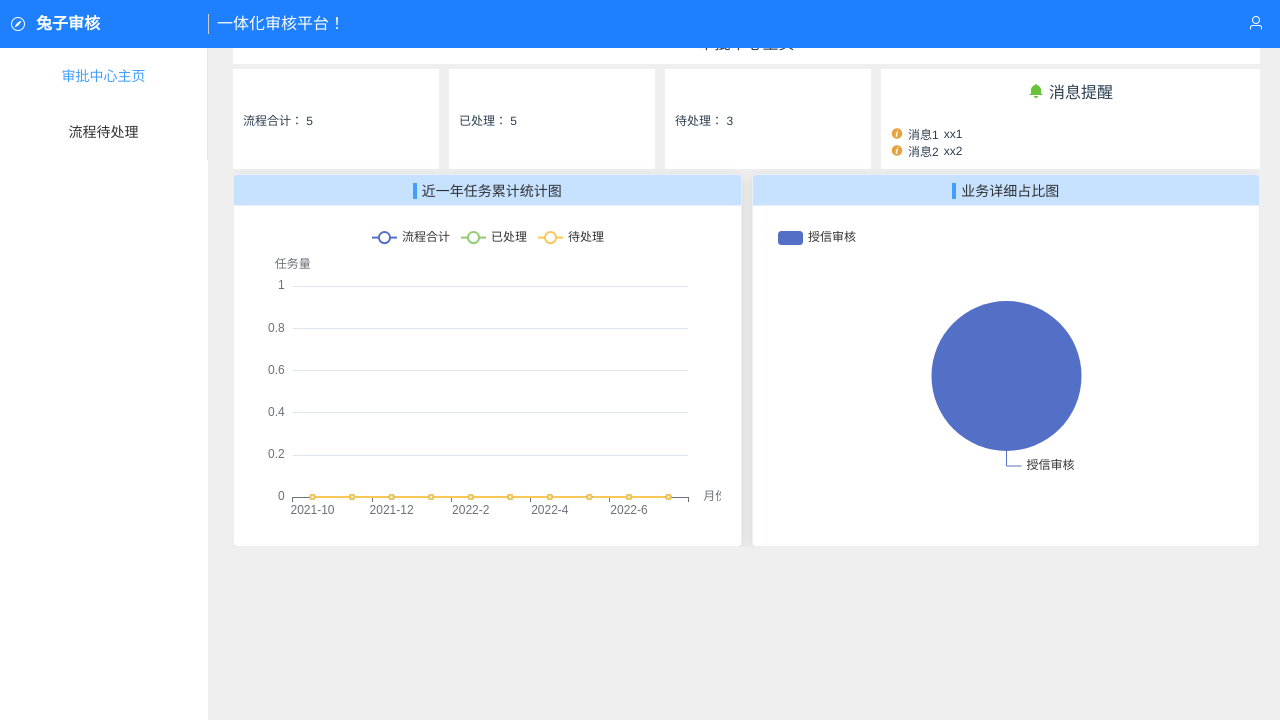
Repository: lucky-LoL735/lois
Page: / (app in project-audit/)
These files come from the project's save history. The page is drawn as it stood at one moment and after the next save; the edit follows.
The browser window is 1280 px wide. The pictures show the whole page.
The project was rebuilt for these pictures with package versions that can differ from the ones it lists, and the page was loaded fresh each time. Also part of the build but not shown: project-audit/vue.config.js, project-audit/src/views/ToDo.vue, project-audit/src/views/LogDetail.vue, project-audit/src/views/FlowView.vue, project-audit/src/views/HandleTask.vue, project-audit/src/views/SeeLog.vue.

Above is the page before, as saved 2022-11-17 17:11:13.

After the next save:
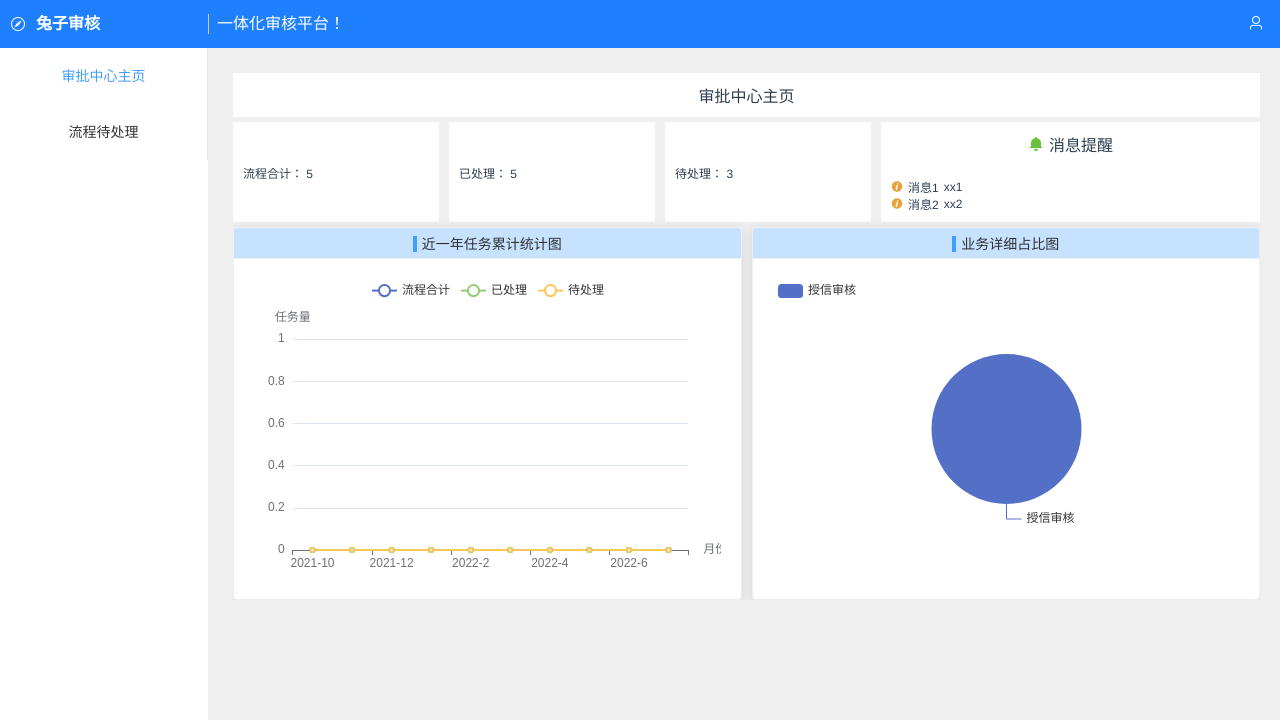
Saved 2 min 20 s later.
--- a/project-audit/src/views/HomeView.vue
+++ b/project-audit/src/views/HomeView.vue
@@ -164,6 +164,7 @@ export default ({
 <style lang="scss" scoped>
 .home {
   overflow: hidden;
+  margin-top: 53px ;
 }
 
 .same {
